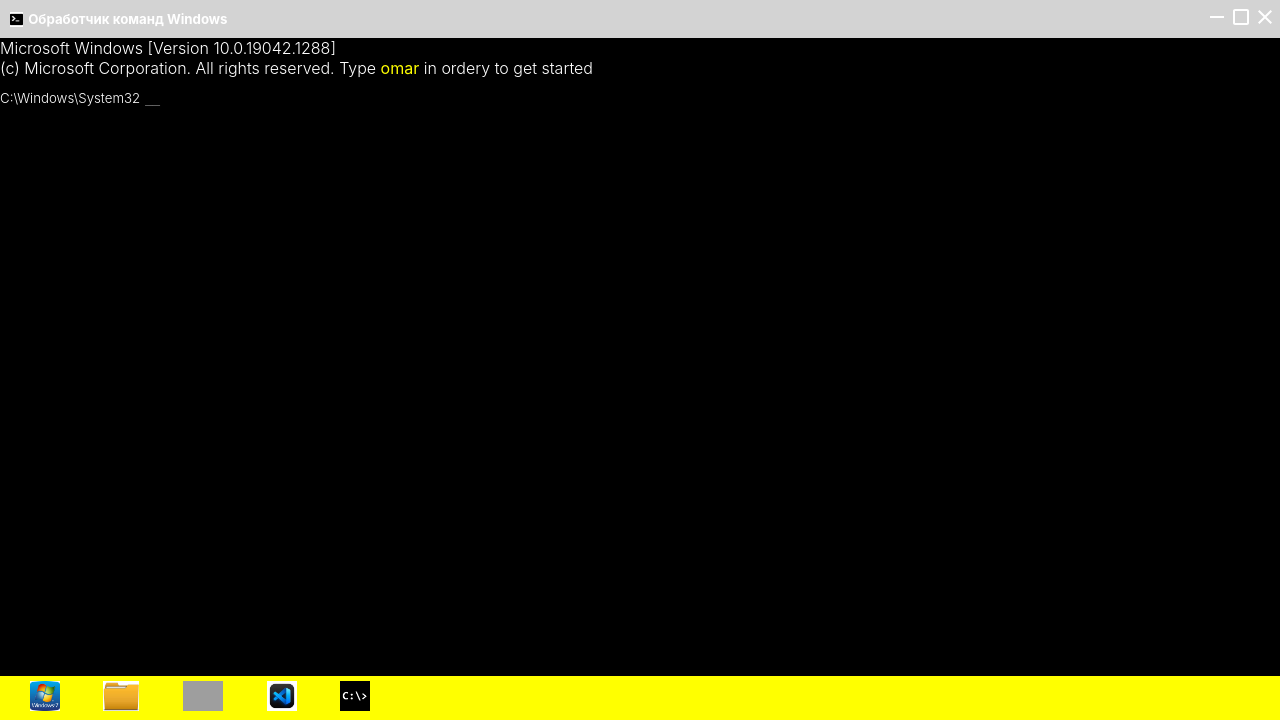
Repository: om1ars/cmd-port
Page: /
These files come from the project's save history. The page is drawn as it stood at one moment and after the next save; the edit follows.
The browser window is 1280 px wide. The pictures show the whole page.
Pictures or frames that could not be fetched are drawn as grey boxes. The project was rebuilt for these pictures with package versions that can differ from the ones it lists, and the page was loaded fresh each time. Also part of the build but not shown: src/Footer.js.

Above is the page before, as saved 2021-11-04 17:20:06.

### src/index.css
* {
  margin: 0;
  overflow-x: hidden;
}
body {
  margin: 0;
  font-family: -apple-system, BlinkMacSystemFont, 'Segoe UI', 'Roboto', 'Oxygen',
    'Ubuntu', 'Cantarell', 'Fira Sans', 'Droid Sans', 'Helvetica Neue',
    sans-serif;
  -webkit-font-smoothing: antialiased;
  -moz-osx-font-smoothing: grayscale;
}

code {
  font-family: source-code-pro, Menlo, Monaco, Consolas, 'Courier New',
    monospace;
}

### src/App.js
import { Close, CropSquare, Fastfood, Remove } from "@material-ui/icons";
import { useState } from "react";
import cmd from "./assets/cdm3.png";
import { Footer } from "./Footer";
import "./styles.css";
import cdm from "./assets/cdm.png";
import vs from "./assets/vs.jpg";
import google from "./assets/google.png";
import folderd from "./assets/folderd.jpg";
import windows from "./assets/windows.jpg";


function App() {
  const [state, setState] = useState("");
  const [stateSecond, setStateSecond] = useState("");
  const [omar, setOmar] = useState("");
  const [please, setPlease] = useState("");
  const [port, setPort] = useState("");
  const [about, setAbout] = useState("");
  const [exit, setExit] = useState("");
  const [shrink, setShrink] = useState(false);
  const [closeIcon, setCloseIcon] = useState(false);

  console.log(state);

  const handleSubmit = (e) => {
    e.preventDefault();
    setState("");
  };

  const handleSubmitSecond = (e) => {
    e.preventDefault();
    setStateSecond("");
  };

  const handleClick = () => {
    if (state === "omar") {
      setOmar("omar");
      setPlease("");
    } else if (state === "") {
      setPlease("Please type something otherwise you can not see anything");
      setOmar("");
    }
  };
  const handleClickSecond = () => {
    if (stateSecond === "exit") {
      setExit("exited");
      setAbout("");
      setPort("");
    } else if (stateSecond === "port") {
      setPort("port");
      setAbout("");
      setExit("");
    } else if (stateSecond === "about") {
      setPort("about");
      setAbout("");
      setExit("");
    }
  };

  const handleShrink = () => {
    setShrink(!shrink);
  };

  const handleCloseIcon = () => {
    setCloseIcon(!closeIcon);
  };

  return (
    <div className="app">
      <div
        className={`App__container ${shrink && `shrink`} ${
          closeIcon && `close`
        }`}
      >
        <div className="App__navbar">
          <div className="left">
            <img src={cmd} />
            <h5>Обработчик команд Windows</h5>
          </div>
          <div className="right">
            <Remove />
            <CropSquare onClick={handleShrink} />
            <Close onClick={handleCloseIcon} />
          </div>
        </div>
        <div className="app__context">
          <p>
            Microsoft Windows [Version 10.0.19042.1288] <br /> (c) Microsoft
            Corporation. All rights reserved. Type <span> omar </span> in ordery
            to get started
          </p>
          <h5>
            C:\Windows\System32
            <form onSubmit={handleSubmit}>
              <input
                value={state}
                onChange={(e) => setState(e.target.value)}
                type="text"
                placeholder="__"
              />
              <button type="submit" onClick={handleClick}></button>
            </form>
          </h5>
          {please && <h1>{please}</h1>}
          {omar && (
            <div className="second__layer">
              <h1>My name is Omar and I am a Fullstack Developer</h1>
              <p>
                Type <span>port</span> to get my portfolio
              </p>
              <p>
                Type <span>about</span> to get about me
              </p>
              <p>
                Type <span>exit</span> to quit
              </p>
              <h5>
                C:\Windows\System32
                <form onSubmit={handleSubmitSecond}>
                  <input
                    value={stateSecond}
                    onChange={(e) => setStateSecond(e.target.value)}
                    type="text"
                    placeholder="__"
                  />
                  <button type="submit" onClick={handleClickSecond}></button>
                </form>
              </h5>
            </div>
          )}
          {port && <p className="">{port}</p>}
          {about && <p className="">{about}</p>}
          {exit && <p className="">{exit}</p>}
        </div>
      </div>
      <div className="footer">
        <div className="icons">
          <div>
            <img className="windows" src={windows} />
          </div>
          <div>
            <img src={folderd} />
          </div>
          <div>
            <img src={google} />
          </div>
          <div>
            <img src={vs} />
          </div>
          <div>
            <img src={cdm} />
          </div>
        </div>
        <div className="hours"></div>
      </div>
    </div>
  );
}

export default App;

### src/styles.css
.App__container {
  background-color: black;
  min-height: 100vh;
  color: white;
}
.App__navbar {
  /* height: 25px; */
  width: 99%;
  padding-right: 25px;
  background-color: lightgray;
  padding-left: 10px;
  padding-top: 5px;
  display: flex;
  padding-bottom: 5px;
  align-items: center;
}
.App__navbar > h5 {
  color: black;
}
.left {
  display: flex;
  align-items: center;
}
.left > img {
  height: 15px;
  margin-right: 5px;
  object-fit: contain;
}

.app__context > p {
  font-weight: 300;
}
.app__context > h5 {
  margin-top: 12px;
  font-weight: 300;
  margin-right: 5px;
}

input {
  border: none;
  outline: none;
  width: 80%;
  background-color: black;
}
input {
  color: yellow;
  margin-left: 3px;
}
button {
  display: none;
}
.app__context > h5 {
  display: flex;
}
.app__context > p > span {
  color: yellow;
  font-weight: 400;
}
.App__navbar {
  display: flex;
  align-items: center;
  justify-content: space-between;
}
.please {
  color: yellow;
  font-weight: 400;
}

.second__layer {
  display: flex;
  flex-direction: column;
}
.second__layer > p > span {
  color: yellow;
  font-weight: 400;
  margin-bottom: 10px;
}

.second__layer > h5 {
  margin-top: 25px;
}
.shrink {
  width: 800px;
  min-height: 500px;
  margin: auto;
}
.close {
  display: none;
}


.footer {
  display: flex;
  justify-content: space-between;
  align-items: center;
  padding: 5px 8px;
  max-height: 200px;
  background-color: yellow;
  position: fixed;
  bottom: 0;
  width: 100%         ;
}

.icons {
  display: flex;
  align-items: center;
  justify-content: space-around;
  flex: 0.3;
}
.icons > div > img {
  height: 30px;
  object-fit: contain;
  cursor: pointer;
}
.icons > div:hover {
  background-color: gray;
}
.windows {
  /* margin-right: 20px; */
}

.app {
  position: relative;
}

Loaded but not shown: public/index.html (common file); src/index.js (common file)

After the next save:
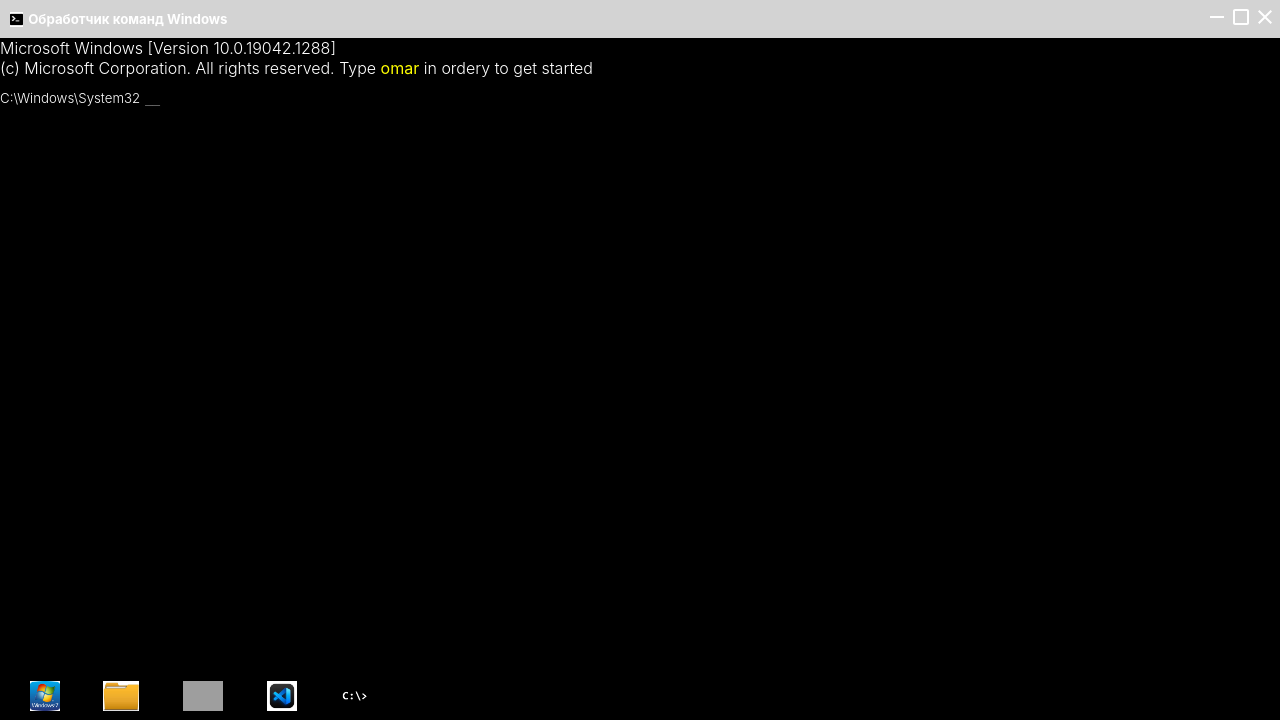
Saved 5 s later.
--- a/src/styles.css
+++ b/src/styles.css
@@ -88,17 +88,15 @@
   display: none;
 }
 
-
 .footer {
   display: flex;
   justify-content: space-between;
   align-items: center;
   padding: 5px 8px;
   max-height: 200px;
-  background-color: yellow;
   position: fixed;
   bottom: 0;
-  width: 100%         ;
+  width: 100%;
 }
 
 .icons {
